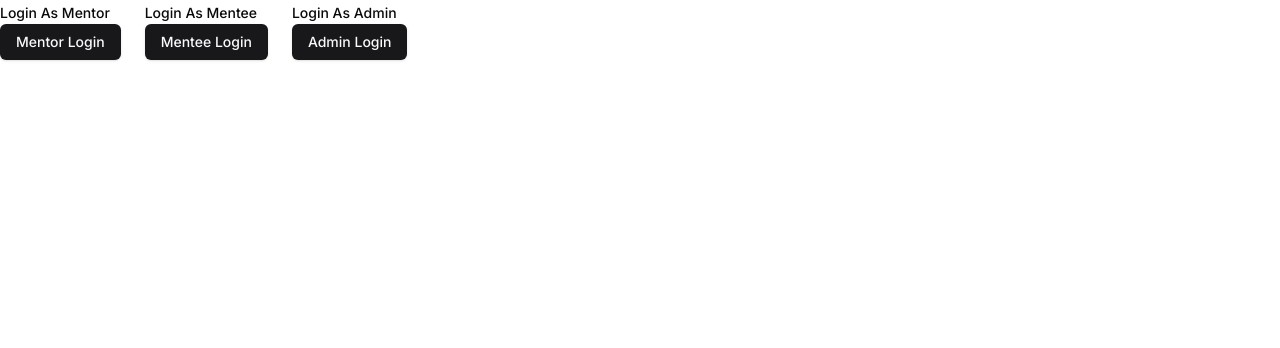
Repository: gauravbhindwar/mentorlink
Page: /
These files come from the project's save history. The page is drawn as it stood at one moment and after the next save; the edit follows.
The browser window is 1280 px wide. The pictures show the whole page.
The project was rebuilt for these pictures with package versions that can differ from the ones it lists, and the page was loaded fresh each time. The framework's server and built-in components were replaced by stand-ins that run in the browser. Also part of the build but not shown: next.config.js, next.config.ts.

Above is the page before, as saved 2024-11-06 12:31:10.

After the next save:
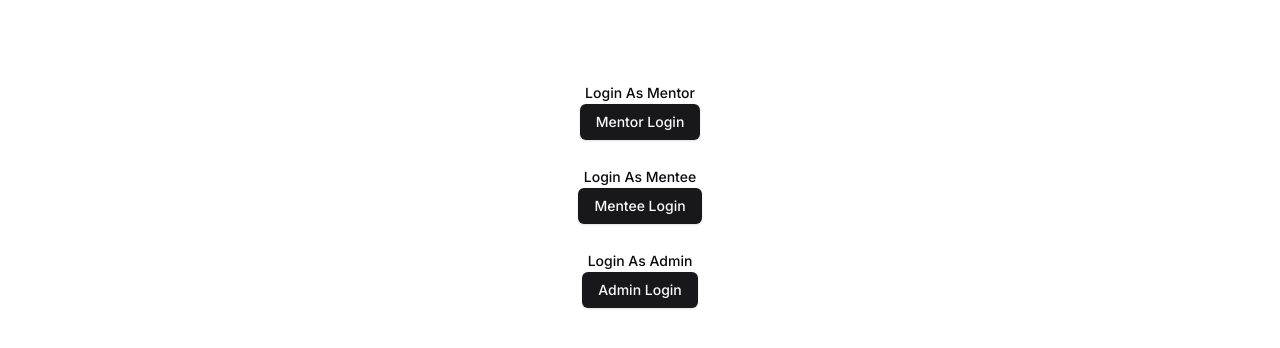
Saved 29 s later.
--- a/src/components/HomePage/HomePage.jsx
+++ b/src/components/HomePage/HomePage.jsx
@@ -4,7 +4,7 @@ import { Label } from '@/components/ui/label';
 
 const HomePage = () => {
     return (
-        <div className='flex flex-row gap-6'>
+        <div className='flex flex-col mt-20 gap-6 items-center justify-center text-center'>
 
 
             <div>
